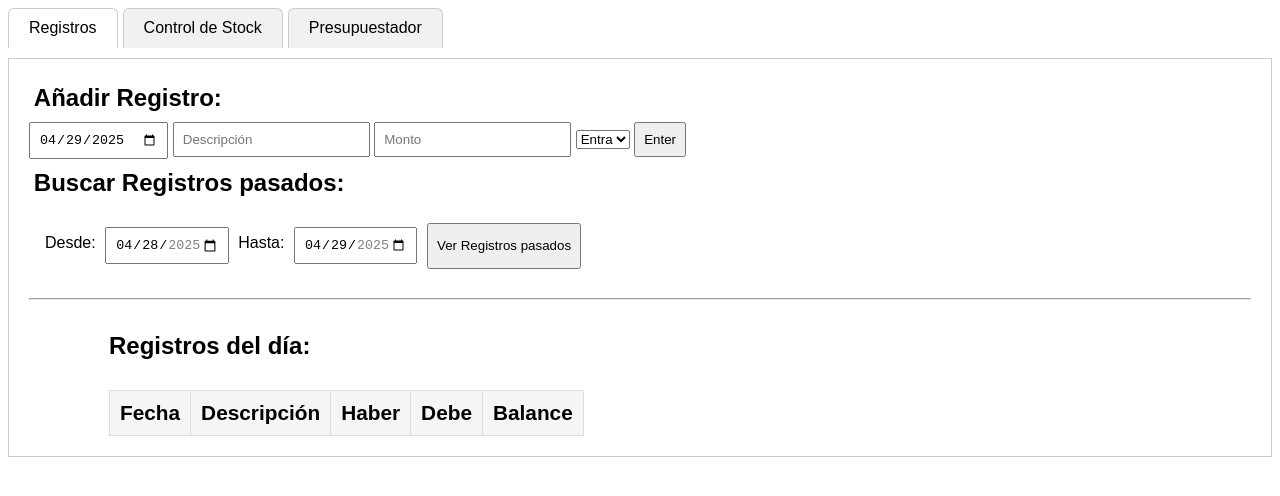
Repository: Joako-Herrero/Proyecto-de-Feria-de-ciencias
Page: program/registro.html
An editor plug-in stored every save of this project. The page is shown before and after the next save, followed by the edit.
The browser window is 1280 px wide. The pictures show the whole page.
The page's requests for data from a server got no answer.

Above is the page before, as saved 2025-05-28 16:55:59.

After the next save:
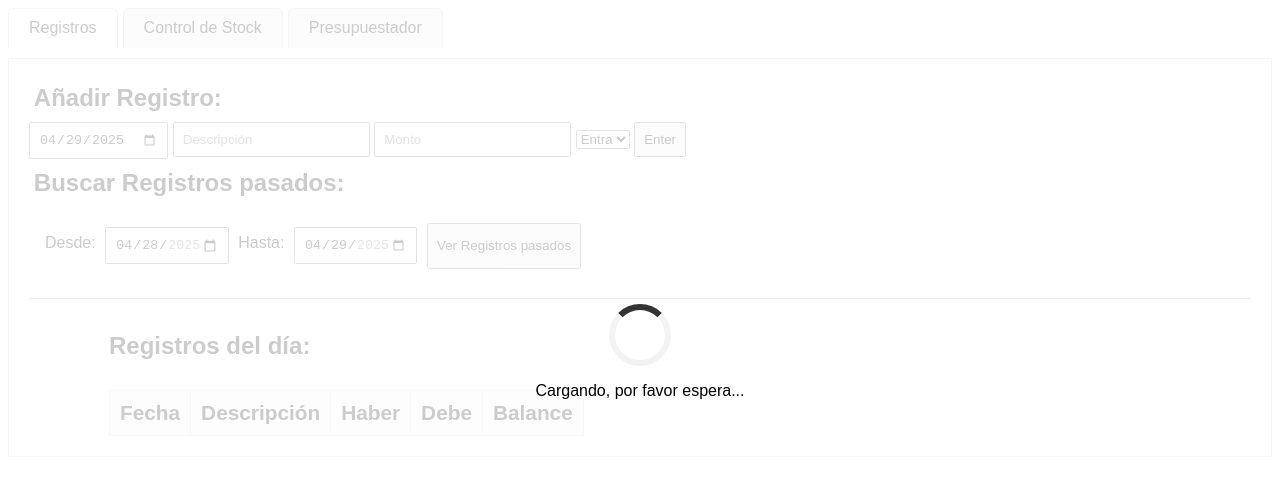
Saved 26 s later.
--- a/program/registro.html
+++ b/program/registro.html
@@ -514,6 +514,7 @@
         });
 
         function cargarProductos() {
+            mostrarLoader();
             fetch("https://backend-feria-ciencias.onrender.com/productos/list")
                 .then(res => res.json())
                 .then(data => {
